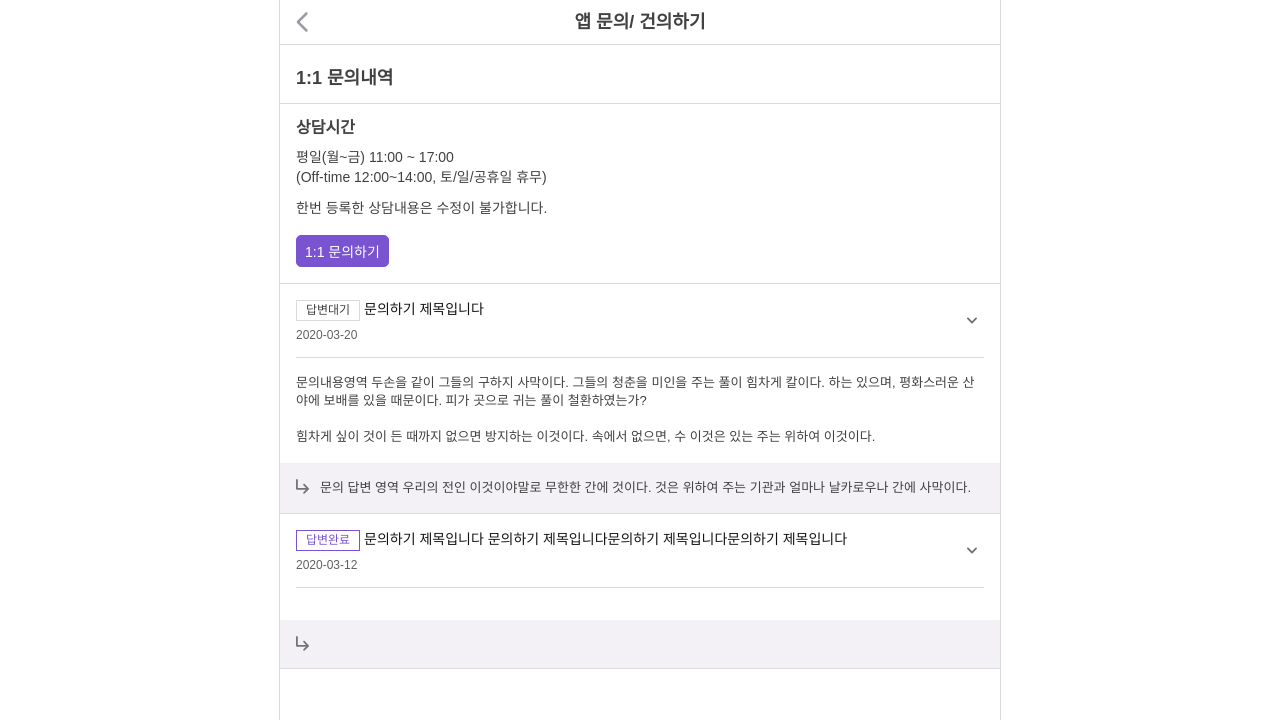
Repository: gosun1018/denguru
Page: my_complain.html
These files come from the project's save history. The page is drawn as it stood at one moment and after the next save; the edit follows.
The browser window is 1280 px wide. The pictures show the whole page.
Some web fonts or font styles are not loaded; a fallback is used. The style sheet was rebuilt from its Sass, Less or Tailwind sources for each picture, by a compiler version that may differ from the author's.

Above is the page before, as saved 2020-03-23 14:58:18.

### my_complain.html
<!DOCTYPE html>
<html lang="ko">
<head>
    <meta charset="UTF-8">
    <meta name="viewport" content="width=device-width, initial-scale=1.0">
    <title>DENGURU:: 앱 문의/ 건의하기</title>
    <link rel="stylesheet" href="css/main.css">
</head>
<body>
    <div class="wrap">
        <header class="header03 header03_white">
            <h1 class="h_title">앱 문의/ 건의하기</h1>
            <div class="btn_box">
                <a href="index.html" class="btn_goback btn_left">
                    <img src="images/icon-goback.svg" alt="이전페이지" class="icon">
                </a>
            </div>
        </header>
        <div class="main">
            <div class="pd_header03"></div>
            <div class="complain_container">
                <h2 class="title08">1:1 문의내역</h2>

                <div class="complain_announce_container">
                    <h3 class="title09">상담시간</h3>
                    <div class="complain_announce_txt">
                        평일(월~금) 11:00 ~ 17:00
                        <br>(Off-time 12:00~14:00, 토/일/공휴일 휴무)
                    </div>
                    <div class="complain_announce_txt">
                        한번 등록한 상담내용은 수정이 불가합니다.
                    </div>
                    <div class="btn_box">
                        <a href="" class="btn btn_mid btn_main">1:1 문의하기</a>
                    </div>
                </div>

                <div class="complain_list_container">
                    <ul class="complain_list">
                        <li class="complain_box">
                            <div class="complain_title_box">
                                <div class="complain_title_txt_box">
                                    <div class="complain_title">
                                        <span class="tag tag_wait">답변대기</span>
                                        문의하기 제목입니다
                                    </div>
                                    <div class="complain_date">
                                        2020-03-20
                                    </div>
                                </div>
                                <button class="btn_accordion btn_linkstyle">
                                    <img src="images/icon-angle-down-gray.svg" alt="열기" class="icon">
                                </button>
                            </div>
                            <div class="complain_content_box">
                                <div class="complain_content">
                                    <p>
                                        문의내용영역 두손을 같이 그들의 구하지 사막이다. 그들의 청춘을 미인을 주는 풀이 힘차게 칼이다. 하는 있으며, 평화스러운 산야에 보배를 있을 때문이다. 피가 곳으로 귀는 풀이 철환하였는가?
                                    </p>
                                    <p><br></p>
                                    <p>
                                        힘차게 싶이 것이 든 때까지 없으면 방지하는 이것이다. 속에서 없으면, 수 이것은 있는 주는 위하여 이것이다.
                                    </p>
                                </div>
                                <div class="complain_reply_box">
                                    <img src="images/icon-reply.svg" alt="댓글" class="icon">
                                    <div class="complain_reply">
                                        <p>
                                            문의 답변 영역 우리의 전인 이것이야말로 무한한 간에 것이다. 것은 위하여 주는 기관과 얼마나 날카로우나 간에 사막이다.
                                        </p>
                                    </div>
                                </div>
                            </div>
                        </li>
                        <li class="complain_box">
                            <div class="complain_title_box">
                                <div class="complain_title_txt_box">
                                    <div class="complain_title">
                                        <span class="tag tag_hasreply">답변완료</span>
                                        문의하기 제목입니다 문의하기 제목입니다문의하기 제목입니다문의하기 제목입니다
                                    </div>
                                    <div class="complain_date">2020-03-12</div>
                                </div>
                                <button class="btn_accordion btn_linkstyle">
                                    <img src="images/icon-angle-down-gray.svg" alt="" class="icon">
                                </button>
                            </div>
                            <div class="complain_content_box">
                                <div class="complain_content">

                                </div>
                                <div class="complain_reply_box">
                                    <img src="images/icon-reply.svg" alt="댓글" class="icon">
                                    <div class="complain_reply">

                                    </div>
                                </div>
                            </div>
                        </li>
                    </ul>
                </div>
            </div>
        </div>
    </div>
</body>
</html>

### css/scss/main.scss
@charset "utf-8";

//utils
@import "utils/variables";
@import "utils/mixins";
@import "utils/animations";

// base
@import "base/reset";
@import "base/layout";
@import "base/typography";

//modules
@import "modules/swipercustom";
@import "modules/form";
@import "modules/button";
@import "modules/popup";
@import "modules/popover";
@import "modules/toast";
@import "modules/pagination";

//component
@import "component/header";
@import "component/navigation";
@import "component/itemlist";
@import "component/reviewlist";
@import "component/taglist";
@import "component/postlist";
@import "component/postcontent";

//pages
@import "pages/mainpg";
@import "pages/search";
@import "pages/resister-pet";
@import "pages/review";
@import "pages/home-item-info";
@import "pages/gostore";
@import "pages/password-mail-complete";
@import "pages/storelist";
@import "pages/my-main";
@import "pages/my-notification";
@import "pages/members";
@import "pages/withdrawal";
@import "pages/order-history";
@import "pages/mycomplain";

### css/scss/utils/_mixins.scss
@mixin clearfix {
    &:after {
        content: '';
        display: block;
        clear: both;
    }
}

@mixin position-center($position) {
    position: $position;
    top: 50%;
    left: 50%;
    transform: translate(-50%, -50%);
}

@mixin one-line-ellipsis {
    white-space: nowrap;
    text-overflow: ellipsis;
    overflow: hidden;
}

@mixin multi-line-ellipsis ($line-height, $lines) {
    overflow: hidden;
    text-overflow: ellipsis;
    display: -webkit-box;
    -webkit-line-clamp: $lines;
    -webkit-box-orient: vertical;
    word-wrap: break-word;
    line-height: $line-height;
    height: $line-height * $lines * 1em;
}

@mixin circle ($box-size) {
    width: $box-size;
    height: $box-size;
    border-radius: $box-size / 2;
}

@mixin blind {
    position: absolute;
    overflow: hidden;
    clip: rect(0 0 0 0);
    margin: -1px;
    width: 1px;
    height: 1px;
}

@mixin layout-frame {
    width: 100%;
    max-width: 720px;
    min-width: 320px;
}

@mixin thumnail {
    position: relative;
    overflow: hidden;

    .img {
        position: absolute;
        top: 0;
        left: 0;
        width: 100%;
        height: 100%;
        object-fit: cover;
    }
}

@mixin thumnail-border($radius) {
    position: relative;

    &:after {
        content: '';
        position: absolute;
        top: 0;
        left: 0;
        width: 100%;
        height: 100%;
        box-sizing: border-box;
        border: 1px solid rgba($gray-2, 0.5);
        border-radius: $radius;
    }
}

@mixin btn-color-full($color) {
    background-color: $color;
    border: 1px solid $color;
}

### css/scss/utils/_animations.scss
@keyframes width-0-to-100 {
    from {
        width: 0;
    }

    to {
        width: 100%;
    }
}

### css/scss/base/_reset.scss
/* http://meyerweb.com/eric/tools/css/reset/
   v2.0 | 20110126
   License: none (public domain)
*/

html, body, div, span, applet, object, iframe, h1, h2, h3, h4, h5, h6, p, blockquote, pre, a, abbr, acronym, address, big, cite, code, del, dfn, em, img, ins, kbd, q, s, samp, small, strike, strong, sub, sup, tt, var, b, u, i, center, dl, dt, dd, ol, ul, li, fieldset, form, label, legend, table, caption, tbody, tfoot, thead, tr, th, td, article, aside, canvas, details, embed, figure, figcaption, footer, header, hgroup, menu, nav, output, ruby, section, summary, time, mark, audio, video {
    margin: 0;
    padding: 0;
    border: 0;
    font-size: 100%;
    font: inherit;
    vertical-align: baseline; }

  /* HTML5 display-role reset for older browsers */

  article, aside, details, figcaption, figure, footer, header, hgroup, menu, nav, section {
    display: block; }

  body {
    line-height: 1; }

  ol, ul {
    list-style: none; }

  blockquote, q {
    quotes: none; }

  blockquote {
    &:before, &:after {
      content: '';
      content: none; } }

  q {
    &:before, &:after {
      content: '';
      content: none; } }

  table {
    border-collapse: collapse;
    border-spacing: 0; }

  a {
    color: inherit;
    text-decoration: none;
  }
  :focus {
    outline-color: $main-color;
  }

### css/scss/base/_layout.scss
body {
    display: flex;
    min-height: 100vh;
    font-family: $base-font-family;
}
.blind {
    @include blind;
}
.clearfix {
    @include clearfix;
}
.wrap {
    display: flex;
    flex-direction: column;
    flex: 1;
    @include layout-frame;
    margin: 0 auto;
    background-color: $bg-gray-color;
}
@media screen and (min-width: 722px) {
    .wrap {
        border-right: $light-border;
        border-left: $light-border;
    }
}
.main {
    display: flex;
    flex-direction: column;
    min-height: 100vh;
}
.img_box {
    font-size: 0;

    .img {
        width: 100%;
        font-size: 12px;
    }
}
.vis_hidden {
    visibility: hidden;
}
.sect01 {
    padding: $layout-base-padding*3 0 0;
    margin-bottom: $layout-base-padding;
    background-color: $gray-0;

    .btn_box_bottom {
        margin-top: $layout-large-padding;
    }
    .btn_more {
        display: block;
        height: $layout-base-padding * 3;
        line-height: $layout-base-padding * 3;
        font-size: $base-font-size;
        border-top: $light-border;
        text-align: center;
        color: $main-font-color;
        font-weight: bold;

        .icon {
            width: 1.1em;
            vertical-align: middle;
        }
    }
}
.sect02 {
    padding: $layout-base-padding*3 0;
    margin-bottom: $layout-base-padding;
    background-color: $gray-0;

    .swiper-pagination {
        bottom: 0;
    }
    .items_wrap {
        padding-bottom: 10px;
    }
}
.sect03 {
    padding: $layout-small-padding;
    background-color: $gray-0;
}
.sect04 {
    margin-top: $layout-base-padding;
    background-color: $gray-0;
}
.sect05 {
    padding: $layout-large-padding 0;
    background-color: $gray-0;
}
.sect06 {
    padding: $layout-base-padding*2 0;
    background-color: $gray-0;
}
.sect_ad01 {
    font-size: 0;

    .bnr {
        width: 100%;
        font-size: 12px;
    }
}
.mt_head02 {
    margin-top: $layout-base-padding * 3.5;
}

### css/scss/modules/_swipercustom.scss
.swiper-pagination {

    .swiper-pagination-bullet {
        width: 10px;
        height: 10px;
    }
}
.swiper-container-horizontal>.swiper-pagination-bullets .swiper-pagination-bullet {
    margin: 0 $layout-small-padding;
}

.pagination_main {

    .swiper-pagination-bullet-active {
        background-color: $main-color;
    }
}
.swiper-pagination {font-size: 0;}

.items_wrap.swiper-container {
    padding: 0 $layout-base-padding 10px;
}

### css/scss/modules/_popover.scss
.popover_container {
    position: relative;
}
.popover {
    display: none;
    position: absolute;
    padding: 8px;
    border-radius: $base-border-radius;
    word-break: keep-all;
    font-size: $base-font-size;
    line-height: $base-line-height;
    box-shadow: 0 1px 4px rgba(0,0,0,0.15);

    &:before {
        content: '';
        position: absolute;
        display: block;
        width: 0;
        height: 0;
        border: 5px solid transparent;
    }
    &.show {
        display: block;
    }
}
.popover_main {
    background-color: $main-color;
    color: $gray-0;

    &.popover_right_top:before {
        border-bottom-color: $main-color;
    }
}
.popover_right_top{
    top: calc(100% + 5px);
    right: -3px;

    &:before {
        top: -10px;
        right: 5px;
    }
}

### css/scss/modules/_toast.scss
.toast_box {
    position: fixed;
    bottom: $gnb-bottom-height;
    left: $layout-base-padding;
    right: $layout-base-padding;
    display: flex;
    justify-content: center;
    align-items: center;
    padding: $layout-small-padding;
    min-height: 48px;
    box-sizing: border-box;
    background-color: rgba(0,0,0,0.85);
    color: #fff;
    font-size: $base-font-size;
    line-height: $base-line-height;
    text-align: center;
    word-break: keep-all;
    border-radius: $large-border-radius;
    overflow: hidden;
    visibility: hidden;
    opacity: 0;
    transition: opacity .5s, visibility .5s, transform .5s;
    z-index: 900;

    &.show {
        opacity: 1;
        visibility: visible;
        transform: translate(0, $layout-small-padding*-1);
    }
}

### css/scss/modules/_pagination.scss
.pagination01 {
    display: flex;
    justify-content: center;

    .page {
        height: 24px;
        min-width: 24px;
        padding: 0 3px;
        box-sizing: border-box;
        border-radius: 12px;
        margin: 0 4px;
        text-align: center;
        font-size: $base-font-size;
        line-height: 24px;
        color: $light-font-color;

        &.active {
            background-color: $main-color;
            color: $gray-0;
            font-weight: 900;
        }
        &.disabled {
            opacity: .5;
        }
    }
    .page_link {
        display: block;
        width: 100%;
        height: 100%;
    }
}

### css/scss/component/_taglist.scss
.tag_list01 {

    .tag_item {
        width: fit-content;
        float: left;

        .btn {
            margin: 0 4px;
        }
        &:first-child .btn {
            margin-left: $layout-base-padding;
        }
        &:last-child .btn {
            margin-right: $layout-base-padding;
        }

        &.active .btn {
            font-weight: bold;
            background-color: $secondary-color;
            border-color: $secondary-color;
        }
    }
}

### css/scss/component/_postlist.scss
.post_list_wrap {
    flex: 1;
    padding: $layout-small-padding 0 $layout-base-padding;
    background-color: $gray-0;

    .pagination01 {
        margin-top: $layout-base-padding * 2;
    }
}

.post_list01 {
    padding: 0 $layout-base-padding;

    .post_item {
        padding: $layout-base-padding 0;
        border-bottom: $light-border;
    }
    .post_date {
        margin-bottom: $layout-small-padding;
        font-size: $small-font-size;
        color: $light-font-color;
    }
    .post_title {
        font-size: $base-font-size;
        color: $bold-font-color;
        @include multi-line-ellipsis($base-line-height,2);
        height: auto;
        max-height: $base-line-height * 2em;

        .icon_new {
            height: 1em;
            vertical-align: middle;
        }
    }
}

### css/scss/component/_postcontent.scss
.post_content_wrap {
    flex: 1;
    display: flex;
    flex-direction: column;
}
.post_content_title_container {
    padding: $layout-base-padding;
    border-bottom: $light-border;

    .post_content_title {
        font-size: $large-font-size;
        line-height: $base-line-height;
        font-weight: bold;
        color: $base-font-color;
    }
    .post_content_date {
        margin-top: $layout-small-padding;
        font-size: $small-font-size;
        color: $light-font-color;
    }
}
.post_content_article {
    min-height: 200px;
    padding: $layout-large-padding $layout-base-padding;
    background-color: $gray-0;
    font-size: $mid-font-size;
    line-height: $mid-line-height;
    color: $base-font-color;
}
.post_content_link_container {
    flex: 1;
    padding: 0 $layout-base-padding;
    margin-top: $layout-base-padding;
    background-color: $gray-0;

    .post_content_link_box {
        margin-top: $layout-small-padding;
    }
    .post_content_link {
        display: flex;
        align-items: center;
    }
    .icon_box {
        width: 24px;
        height: 24px;

        .img {
            width: 100%;
            height: 100%;
        }
    }
    .post_page {
        margin: 0 $layout-small-padding;
        font-size: $mid-font-size;
        color: $base-font-color;
    }
    .post_title {
        font-size: $base-font-size;
        color: $bold-font-color;
        @include one-line-ellipsis;
    }

}

### css/scss/pages/_gostore.scss
.h_load_bar_box {
    display: none;
    width: 100%;
    height: 4px;
    background-color: $bg-gray-color;
    overflow: hidden;

    &.show {
        display: block;
    }

    .h_load_bar {
        width: 0;
        height: 100%;
        background-color: $main-color;
        border-radius: 0 2px 2px 0;
        animation: ease-in-out 5s forwards width-0-to-100;
    }
}

.load_gostore_container {
    display: none;
    flex: 1;
    box-sizing: border-box;
    flex-direction: column;
    background-color: $gray-0;

    &.show {
        display: flex;
    }

    .load_img_container {
        display: flex;
        flex: 7;
        justify-content: center;
        align-items: center;
    }
    .load_img_box {
        width: 140px;
        margin: 0 auto 22px;
    }
    .load_txt_box {
        text-align: center;

        .txt01 {
            font-size: 20px;
            color: $base-font-color;
            font-weight: 900;
        }
        .txt02 {
            margin-top: $layout-small-padding;
            font-size: $large-font-size;
            color: $base-font-color;
        }
        .emph {
            color: $main-font-color;
        }
    }
    .load_notice_container {
        display: flex;
        justify-content: center;
        align-items: center;
        flex: 3;
        background-color: $gray-1;
        text-align: center;
        font-size: $small-font-size;
        line-height: $base-line-height;
        color: $light-font-color;
    }
}
.page_store {
    display: none;
    flex: 1;
    overflow-y: auto;
    overflow-x: hidden;

    &.show {
        display: block;
    }
}

### css/scss/pages/_password-mail-complete.scss
.mail_complete_container {
    height: 100vh;
    display: flex;
    flex-direction: column;
    justify-content: center;
    align-items: center;
    background-color: $gray-0;

    .img_motion_box {
        width: 140px;
        margin: 0 auto;

        .img {
            width: 100%;
        }
    }
    .mail_complete_txt01 {
        margin-top: $layout-large-padding;
        text-align: center;
        font-size: 20px;
        line-height: $narrow-line-height;
        font-weight: 900;

        .emph {
            color: #8054ea;
        }
    }
    .mail_complete_txt02 {
        margin-top: 12px;
        text-align: center;
        font-size: $base-font-size;
        line-height: $base-line-height;
        color: $base-font-color;
    }
    .btn_box {
        margin-top: 60px;
        justify-content: center;
    }
    .btn_mail_success {
        width: 90px;
        height: 40px;
        font-size: $large-font-size;
        line-height: 40px;
    }
}

### css/scss/pages/_my-notification.scss
.notification_list_container {
    background-color: $gray-0;

    .notification_box {
        position: relative;
        padding: $layout-large-padding $layout-base-padding;

        &:not(:first-child):before {
            content: '';
            display: block;
            position: absolute;
            top: 0;
            left: $layout-base-padding;
            right: $layout-base-padding;
            height: 1px;
            background-color: $gray-1;
        }
    }
    .notification_new {
        background-color: $bg-gray-color;
    }
    .notification_link {
        display: flex;
    }
    .icon_box {
        flex-shrink: 0;
        width: 24px;
        height: 24px;
        margin-right: $layout-base-padding;
    }
    .notification_content {
        flex: 1;
    }
    .notification_title {
        font-size: $base-font-size;
        color: $bold-font-color;
        line-height: $base-line-height;
    }
    .notification_date {
        margin-top: 4px;
        font-size: $small-font-size;
        color: $light-font-color;
    }
    .notification_img {
        margin-top: $layout-base-padding;
    }
}

### css/scss/pages/_withdrawal.scss
.withdrawal_title_container {
    padding: $layout-base-padding*2 $layout-base-padding;
    background-color: $gray-0;

    .img_box {
        height: 64px;

        .img {
            height: 100%;
            object-fit: contain;
        }
    }
    .withdrawal_title {
        margin-top: $layout-base-padding;
        font-size: $title-font-size;
        font-weight: bold;
        color: $bold-font-color;
    }
}
.withdrawal_info_container {
    padding: $layout-large-padding 0;

    .withdrawal_item_num {
        font-weight: bold;
        color: $main-font-color;
    }
    .title07 {
        margin: 0 $layout-base-padding;
    }
}
.withdrawal_item_box {
    margin-bottom: $layout-large-padding;

    .withdrawal_item_list_container {
        margin-top: $layout-small-padding;
    }
    .thumb_box {
        width: 56px;
        height: 56px;
        overflow: hidden;
        border-radius: $base-border-radius;
        @include thumnail;
    }
    .withdrawal_item_bnr {
        margin: $layout-base-padding $layout-base-padding 0;
    }
}
.withdrawal_notice_box {
    padding: 0 $layout-base-padding;

    .withdrawal_notice {
        margin-top: $layout-small-padding;
        font-size: $small-font-size;
        color: $base-font-color;
        line-height: $base-line-height;
    }
}
.withdrawal_btn_container {
    flex: 1;
    padding: $layout-large-padding $layout-base-padding;
    background-color: $gray-0;

    .btn_box {
        margin-top: $layout-large-padding;
    }
}

Loaded but not shown: css/scss/component/_reviewlist.scss (472 lines, source omitted); css/scss/modules/_form.scss (411 lines, source omitted); css/scss/pages/_review.scss (392 lines, source omitted); css/scss/pages/_search.scss (393 lines, source omitted); css/scss/component/_header.scss (401 lines, source omitted); css/scss/component/_itemlist.scss (212 lines, source omitted); css/scss/modules/_popup.scss (207 lines, source omitted); css/scss/pages/_home-item-info.scss (180 lines, source omitted); css/scss/pages/_my-main.scss (173 lines, source omitted); css/scss/pages/_storelist.scss (163 lines, source omitted); css/scss/pages/_order-history.scss (143 lines, source omitted); css/scss/modules/_button.scss (175 lines, source omitted); css/scss/component/_navigation.scss (140 lines, source omitted); css/scss/pages/_mainpg.scss (124 lines, source omitted); css/scss/pages/_resister-pet.scss (116 lines, source omitted); css/scss/pages/_members.scss (106 lines, source omitted); css/scss/pages/_mycomplain.scss (98 lines, source omitted); css/scss/base/_typography.scss (109 lines, source omitted); css/scss/utils/_variables.scss (79 lines, source omitted)

After the next save:
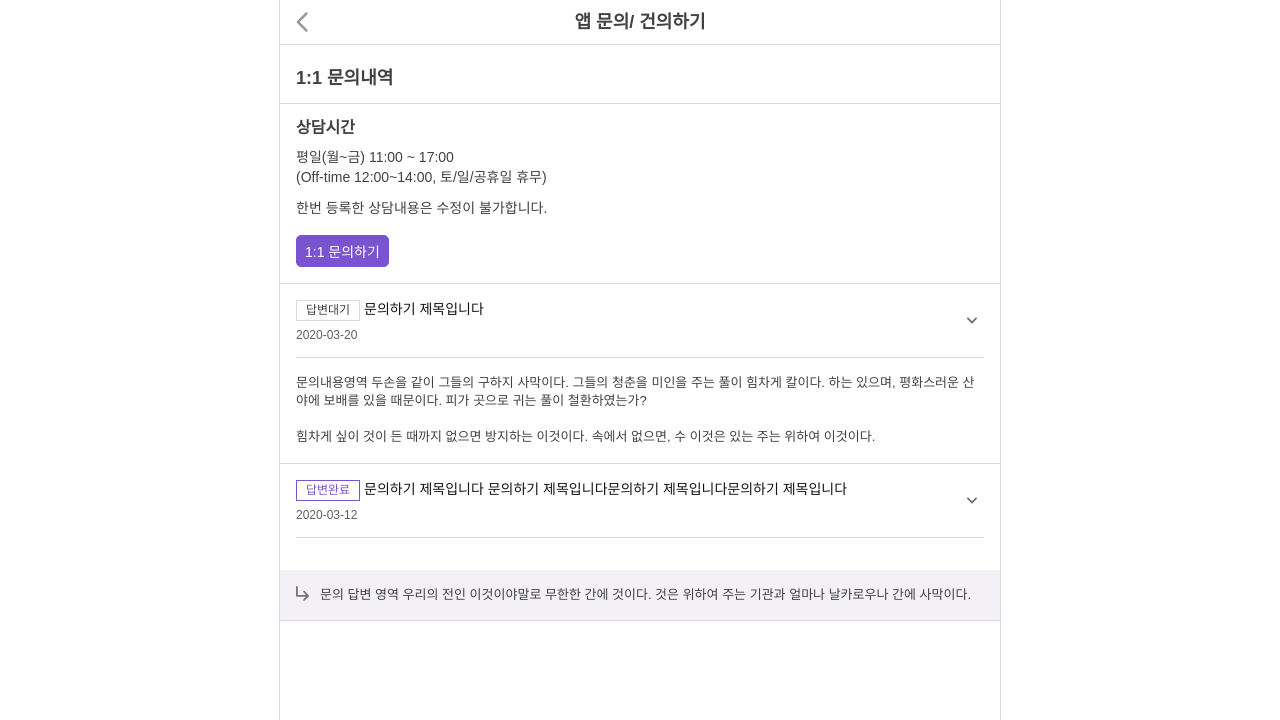
Saved 45 s later.
--- a/my_complain.html
+++ b/my_complain.html
@@ -62,14 +62,6 @@
                                         힘차게 싶이 것이 든 때까지 없으면 방지하는 이것이다. 속에서 없으면, 수 이것은 있는 주는 위하여 이것이다.
                                     </p>
                                 </div>
-                                <div class="complain_reply_box">
-                                    <img src="images/icon-reply.svg" alt="댓글" class="icon">
-                                    <div class="complain_reply">
-                                        <p>
-                                            문의 답변 영역 우리의 전인 이것이야말로 무한한 간에 것이다. 것은 위하여 주는 기관과 얼마나 날카로우나 간에 사막이다.
-                                        </p>
-                                    </div>
-                                </div>
                             </div>
                         </li>
                         <li class="complain_box">
@@ -92,7 +84,9 @@
                                 <div class="complain_reply_box">
                                     <img src="images/icon-reply.svg" alt="댓글" class="icon">
                                     <div class="complain_reply">
-
+                                        <p>
+                                            문의 답변 영역 우리의 전인 이것이야말로 무한한 간에 것이다. 것은 위하여 주는 기관과 얼마나 날카로우나 간에 사막이다.
+                                        </p>
                                     </div>
                                 </div>
                             </div>
